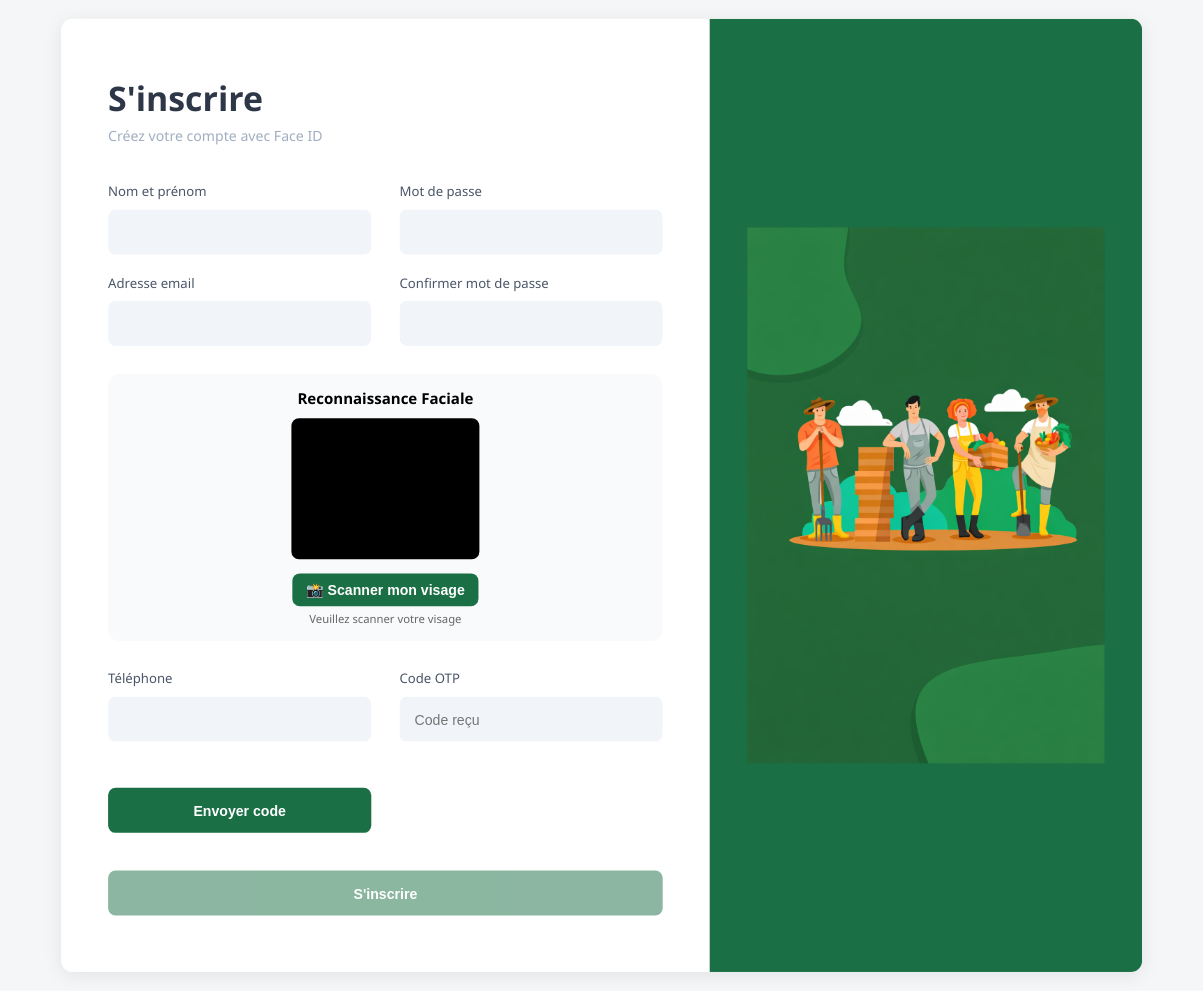
Repository: mohamed-55l/Esprit-PIDEV-3A37-2526-Agrimans
Page: templates/Register/Register.html.twig
An editor plug-in stored every save of this project. The page is shown before and after the next save, followed by the edit.
The browser window is 1280 px wide. The pictures show the whole page, at 94% of full size.
The page is a Twig template of a Symfony application; nobody is signed in and links lead nowhere. Style sheets and scripts are compiled from the project's sources, by tool versions that may differ from the author's. The template is opened directly, without the code that normally fills it, so the values that code supplies are empty.

Above is the page before, as saved 2026-04-22 04:10:37.
Console error: ReferenceError: faceapi is not defined

After the next save:
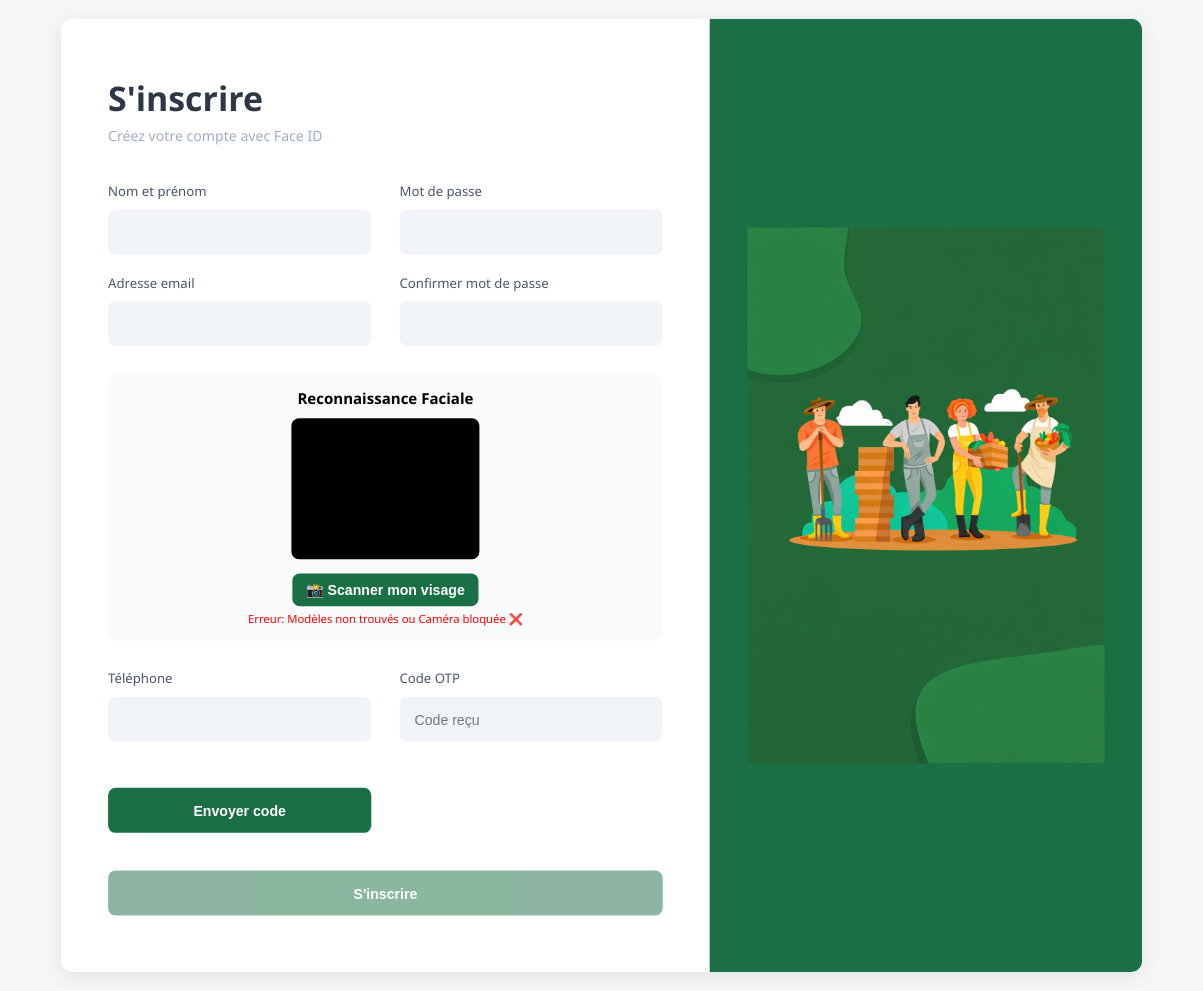
The error is gone.
Saved 9 min 32 s later.
--- a/templates/Register/Register.html.twig
+++ b/templates/Register/Register.html.twig
@@ -97,45 +97,59 @@
 
 <script>
     const video = document.getElementById('video');
-    const btnScan = document.getElementById('btn-scan');
-    const statusText = document.getElementById('scan-status');
+    const status = document.getElementById('scan-status');
     const descriptorInput = document.getElementById('face_descriptor');
 
-    // 1. Load models
-    async function loadModels() {
-        const MODEL_URL = '/js/models'; // Path where your models are
-        await faceapi.nets.tinyFaceDetector.loadFromUri(MODEL_URL);
-        await faceapi.nets.faceLandmark68Net.loadFromUri(MODEL_URL);
-        await faceapi.nets.faceRecognitionNet.loadFromUri(MODEL_URL);
-        startVideo();
+    async function initFace() {
+        status.innerText = "Chargement des modèles... ⏳";
+        try {
+            // 1. تثبت إنو المسار هذا يوصل للدوسي اللي في التصويرة
+            const MODEL_PATH = '/js/models';
+
+            await faceapi.nets.tinyFaceDetector.loadFromUri(MODEL_PATH);
+            await faceapi.nets.faceLandmark68Net.loadFromUri(MODEL_PATH);
+            await faceapi.nets.faceRecognitionNet.loadFromUri(MODEL_PATH);
+
+            console.log("Modèles chargés ✅");
+
+            // 2. حل الكاميرا
+            const stream = await navigator.mediaDevices.getUserMedia({ video: {} });
+            video.srcObject = stream;
+            status.innerText = "Prêt pour le scan ✅";
+            status.style.color = "blue";
+        } catch (err) {
+            status.innerText = "Erreur: Modèles non trouvés ou Caméra bloquée ❌";
+            status.style.color = "red";
+            console.error("Détails de l'erreur:", err);
+        }
     }
 
-    function startVideo() {
-        navigator.mediaDevices.getUserMedia({ video: {} })
-            .then(stream => video.srcObject = stream)
-            .catch(err => statusText.innerText = "Erreur caméra ❌");
-    }
+    document.getElementById('btn-scan').addEventListener('click', async () => {
+        if (!video.srcObject) {
+            alert("La caméra n'est pas prête.");
+            return;
+        }
 
-    btnScan.addEventListener('click', async () => {
-        statusText.innerText = "Analyse en cours... ⏳";
-
-        const detections = await faceapi.detectSingleFace(video, new faceapi.TinyFaceDetectorOptions())
+        status.innerText = "Analyse du visage... ⏳";
+        // استعملنا TinyFaceDetector خاطر الـ models اللي عندك فيهم tiny_face_detector
+        const detection = await faceapi.detectSingleFace(video, new faceapi.TinyFaceDetectorOptions())
             .withFaceLandmarks()
             .withFaceDescriptor();
 
-        if (detections) {
-            const descriptor = Array.from(detections.descriptor);
-            descriptorInput.value = JSON.stringify(descriptor);
-            statusText.innerText = "Visage scanné avec succès ! ✅";
-            statusText.style.color = "#16774c";
-            btnScan.style.background = "#16774c";
+        if (detection) {
+            // تحويل الـ Descriptor لـ JSON
+            descriptorInput.value = JSON.stringify(Array.from(detection.descriptor));
+            status.innerText = "Visage scanné avec succès ! ✅";
+            status.style.color = "#16774c";
+            console.log("Descriptor généré:", descriptorInput.value);
         } else {
-            statusText.innerText = "Visage non détecté. Réessayez. ❌";
-            statusText.style.color = "#822727";
+            status.innerText = "Visage non détecté. Rapprochez-vous ❌";
+            status.style.color = "#822727";
         }
     });
 
-    loadModels();
+    // إطلاق العملية
+    initFace();
 </script>
 
 </body>
